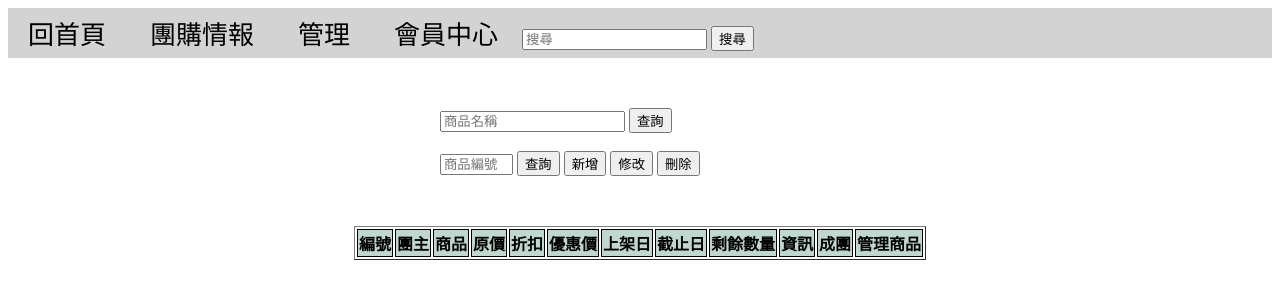
Repository: irlmpbfhvf2009/2021-09-17-Pro2-MVC
Page: http://localhost/Groupon/Manage.jsp
The author's editor kept a copy of each file at every save. The page is drawn from the files as they stood at one save, then again after the next save.
The browser window is 1280 px wide. The pictures show the whole page.
The page is served by Tomcat 9. Other server files are loaded and not shown. Queries for data that is not in the repository find no rows.

Above is the page before, as saved 2021-09-15 08:44:37.

### Groupon/src/main/webapp/Manage.jsp
<%@ page language="java" contentType="text/html; charset=UTF-8"
    pageEncoding="UTF-8"%>
    <%@ taglib uri="http://java.sun.com/jsp/jstl/sql" prefix="sql" %>
<%@ taglib uri="http://java.sun.com/jsp/jstl/core" prefix="c" %>
<sql:setDataSource var="ds" dataSource="jdbc/Pro2DB" />
<sql:query sql="select * from GrouponProduct" var="rs" dataSource="${ds}" />
<!DOCTYPE html>
<html>
<head>
<meta charset="UTF-8">
<title>管理</title>
<link rel="stylesheet" href="style.css">
</head>
<body>
    <nav>
        <a href="Home.jsp">回首頁</a>
        <a href="Intelligence.jsp">團購情報</a>
        <a href="Manage.jsp">管理</a>
        <a href="">會員中心</a>
        <form action="./ProServlet" method="post" style="display:inline;">
        <input type="text" placeholder="搜尋" name="seach">
        <input type="submit" placeholder="搜尋" name="seachbtn" value="搜尋"></form>
    </nav>
    <div style="width:400px;margin:0 auto;margin-top:50px">
    	<form action="./ProServlet" method="post">
    	<input type="text" placeholder="商品名稱" name="productname">
    	<input type="submit" value="查詢" name="queryname"><br><br>
    	<input type="text" placeholder="商品編號" size="6" name="productid">
    	<input type="submit" value="查詢" name="query">
    	<a href="Manage-add.jsp"><input type="button" value="新增"></a>
    	<input type="submit" value="修改" name="updata">
    	<input type="submit" value="刪除" name="delete">
    	</form>
    </div>
    <table border="1">
    	<th>編號</th>
        <th>團主</th>
        <th>商品</th>
        <th>原價</th>
        <th>折扣</th>
        <th>優惠價</th>
        <th>上架日</th>
        <th>截止日</th>
        <th>剩餘數量</th>
        <th>資訊</th>
        <th>成團</th>
        <th>管理商品</th>
    <c:forEach var="row" items="${rs.rows}">
        <tr>
    <td>${row.id}</td>
    <td>${row.leader}</td>
    <td>${row.productName}</td>
    <td>${row.price}</td>
    <td>${row.discount}</td>
    <td>${row.newprice}</td>
    <td>${row.date}</td>
    <td>${row.deadline}</td>
    <td>${row.quantity}</td>
    <td><a href="">商品</a></td>
    <td>${row.state}</td>
    <td><a href="Manage-delete.jsp?id=${row.id}"><Button class="sgbtn">刪除</Button></a></td>
    </tr>
    </c:forEach>
    </table>
</body>
</html>

### Groupon/src/main/webapp/style.css
@charset "UTF-8";
.sgbtn {
	background-color: #4CAF50;
	border: 1px solid green;
	border-radius: 5px;
	color: white;
	text-align: center;
	display: inline-block;
	font-size: 14px;
	cursor: pointer;
	}
nav{
	background-color:lightgray;
	height:50px;
	margin:0 auto;
	padding:0 auto;
	}
nav a {color: black;
	text-decoration: none;
	display: inline-block;
	padding: 6px 20px;
	font-size: 26px;
	background-color: lightgray;
	transition: 0.5s;
	}
nav a:hover {
	background-color: gray;
	}
.divform {
	margin:0 auto;margin-top: 50px;
	padding:30px;
	border: 3px solid rgb(111, 108, 108);
    border-radius: 10px;
    border-collapse: collapse;
	width: 400px;
	}
.divlist {
	margin-left:100px;
	margin-top: 10px;
	padding: 50px;
	width: 800px;
	height: 100px;
	font-size:20px;
}

.newpriceShow{
	font-size:22px;color:red;
	}
.priceShow{
	color:red;
	font-size:20px;
	text-decoration:line-through;
	}
.bor{
	width:600px
	}
.spanText {
	font-size: 3px;
	color: silver;
}

table {
	margin: auto;
	margin-top: 50px;
}

th, td {
	border: 1px solid;
	background-color: rgb(191, 216, 206);
	text-align: center;
}

After the next save:
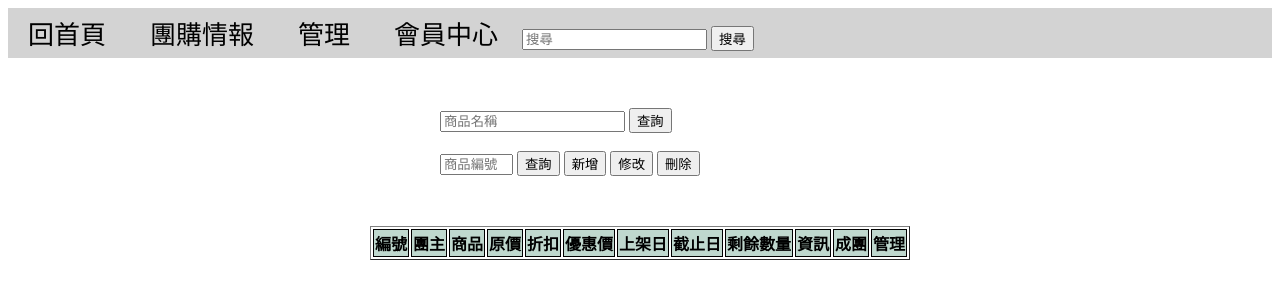
Saved 14 s later.
--- a/Groupon/src/main/webapp/Manage.jsp
+++ b/Groupon/src/main/webapp/Manage.jsp
@@ -44,7 +44,7 @@
         <th>剩餘數量</th>
         <th>資訊</th>
         <th>成團</th>
-        <th>管理商品</th>
+        <th>管理</th>
     <c:forEach var="row" items="${rs.rows}">
         <tr>
     <td>${row.id}</td>
